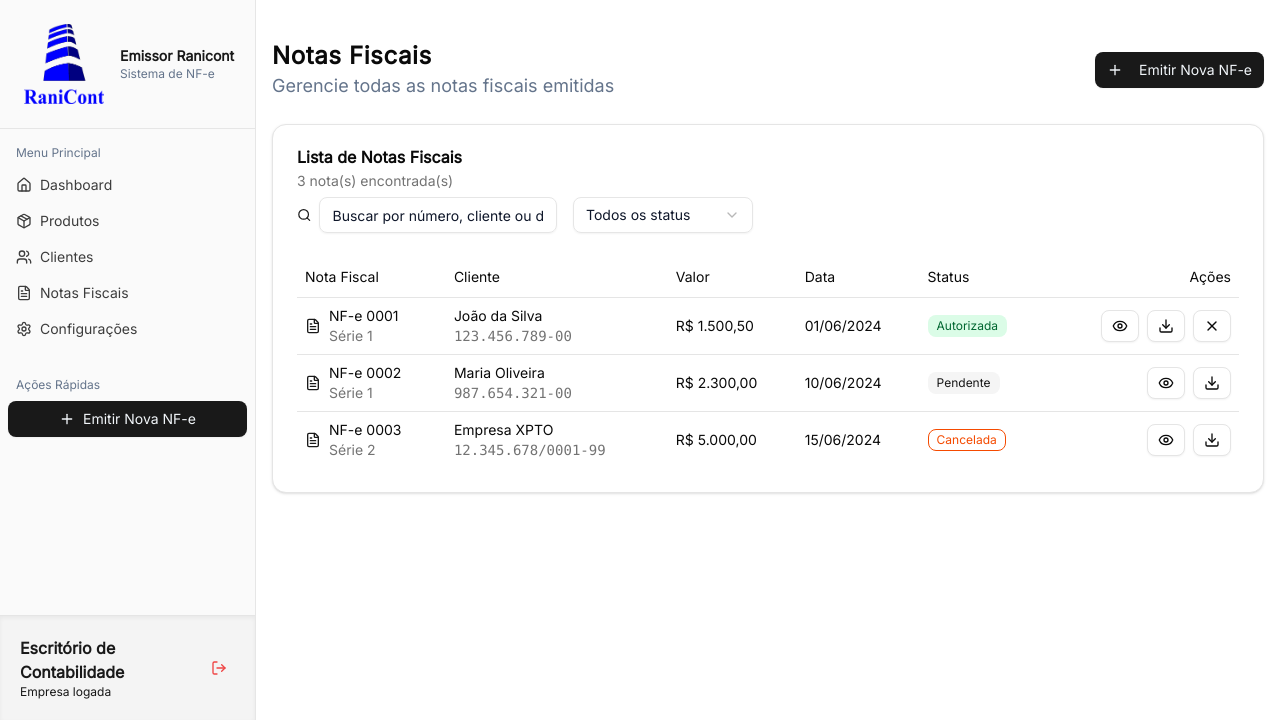
Repository: vinimx/emissor-ranicont
Page: /notas
The author's editor kept a copy of each file at every save. The page is drawn from the files as they stood at one save, then again after the next save.
The browser window is 1280 px wide. The pictures show the whole page.
The project was rebuilt for these pictures with package versions that can differ from the ones it lists, and the page was loaded fresh each time. Also part of the build but not shown: vite.config.js, src/components/ui/label.jsx, src/components/Auth/Login/index.jsx, src/components/Auth/Cadastrar/index.jsx, src/components/ui/separator.jsx, src/components/ui/skeleton.jsx, src/components/Dashboard/index.jsx, src/components/Produtos/index.jsx and 2 more.

Above is the page before, as saved 2025-06-23 22:12:04.

### index.html
<!DOCTYPE html>
<html lang="en">
  <head>
    <meta charset="UTF-8" />
    <link rel="icon" type="image/svg+xml" href="/vite.svg" />
    <meta name="viewport" content="width=device-width, initial-scale=1.0" />
    <title>Emissor Ranicont</title>
  </head>
  <body>
    <div id="root"></div>
    <script type="module" src="/src/main.jsx"></script>
  </body>
</html>

### src/main.jsx
import "./index.css";
import React from "react";
import ReactDOM from "react-dom/client";
import { BrowserRouter } from "react-router-dom";
import App from "./App";

ReactDOM.createRoot(document.getElementById("root")).render(
  <React.StrictMode>
    <BrowserRouter>
      <App />
    </BrowserRouter>
  </React.StrictMode>
);

### src/App.jsx
import { Routes, Route } from "react-router-dom";
import Login from "./components/Auth/Login";
import Cadastrar from "./components/Auth/Cadastrar";
import Dashboard from "./components/Dashboard";
import Produtos from "./components/Produtos";
import Clientes from "./components/Clientes";
import NotaFiscal from "./components/NotaFiscal";
import NovaNotaFiscal from "./components/NotaFiscal/NovaNotaFiscal";

function App() {
  return (
    <Routes>
      <Route path="/" element={<Dashboard />} />
      <Route path="/login" element={<Login />} />
      <Route path="/cadastrar" element={<Cadastrar />} />
      <Route path="/dashboard" element={<Dashboard />} />
      <Route path="/produtos" element={<Produtos />} />
      <Route path="/clientes" element={<Clientes />} />
      <Route path="/notas" element={<NotaFiscal />} />
      <Route path="/nova" element={<NovaNotaFiscal />} />
    </Routes>
  );
}

export default App;

### src/components/NotaFiscal/index.jsx
import { Plus, Search, FileText, Eye, Download, X } from "lucide-react";
import HeaderPagina from "../HeaderPagina";
import LayoutComSidebar from "../MobileSideBar";
import { SidebarProvider } from "../ui/sidebar";
import { Sheet, SheetTrigger } from "../ui/sheet";
import { Button } from "../ui/button";
import { useState } from "react";
import {
  Card,
  CardDescription,
  CardHeader,
  CardTitle,
  CardContent,
} from "../ui/card";
import { Input } from "../ui/input";
import {
  Table,
  TableHeader,
  TableBody,
  TableRow,
  TableHead,
  TableCell,
} from "../ui/table";
import {
  Select,
  SelectTrigger,
  SelectValue,
  SelectContent,
  SelectItem,
} from "../ui/select";
import { Badge } from "../ui/badge";
import { Link } from "react-router-dom";

const notas = [
  {
    id: 1,
    numero: "0001",
    cliente: "João da Silva",
    documento: "123.456.789-00",
    valor: 1500.5,
    data: "2024-06-01",
    status: "Autorizada",
    serie: "1",
  },
  {
    id: 2,
    numero: "0002",
    cliente: "Maria Oliveira",
    documento: "987.654.321-00",
    valor: 2300.0,
    data: "2024-06-10",
    status: "Pendente",
    serie: "1",
  },
  {
    id: 3,
    numero: "0003",
    cliente: "Empresa XPTO",
    documento: "12.345.678/0001-99",
    valor: 5000.0,
    data: "2024-06-15",
    status: "Cancelada",
    serie: "2",
  },
];

export default function NotaFiscal() {
  const [abrirSheet, setAbrirSheet] = useState(false);
  const [busca, setBusca] = useState("");
  const [filtroStatus, setFiltroStatus] = useState("all");

  const notasFiltradas = notas.filter((nota) => {
    const correspondeBusca =
      nota.numero.includes(busca) ||
      nota.cliente.toLowerCase().includes(busca.toLowerCase()) ||
      nota.documento.includes(busca);

    const correspondeStatus =
      filtroStatus === "all" || nota.status === filtroStatus;

    return correspondeBusca && correspondeStatus;
  });

  const getBadgeStatus = (status) => {
    switch (status) {
      case "Autorizada":
        return (
          <Badge className="bg-green-100 text-green-800 hover:bg-green-100">
            Autorizada
          </Badge>
        );
      case "Pendente":
        return <Badge variant="secondary">Pendente</Badge>;
      case "Cancelada":
        return (
          <Badge
            variant="outline"
            className="text-orange-600 border-orange-600"
          >
            Cancelada
          </Badge>
        );
      case "Rejeitada":
        return <Badge variant="destructive">Rejeitada</Badge>;
      default:
        return <Badge variant="secondary">{status}</Badge>;
    }
  };

  return (
    <SidebarProvider>
      <LayoutComSidebar>
        <div className="mt-20 md:mt-10 m-4 space-y-6">
          <HeaderPagina
            titulo="Notas Fiscais"
            subtitulo="Gerencie todas as notas fiscais emitidas"
            acao={
              <Sheet open={abrirSheet} onOpenChange={setAbrirSheet}>
                <Button
                  asChild
                  className="bg-[var(--sidebar-primaria)] text-[var(--primaria-texto)] font-medium transition-colors hover:bg-[var(--primaria-hover)] rounded-[var(--raio)]"
                >
                  <Link to="/nova">
                    <Plus className="h-4 w-4 mr-2" />
                    Emitir Nova NF-e
                  </Link>
                </Button>
              </Sheet>
            }
          />
          <Card>
            <CardHeader>
              <CardTitle>Lista de Notas Fiscais</CardTitle>
              <CardDescription>
                {notasFiltradas.length} nota(s) encontrada(s)
              </CardDescription>
              <div className="flex items-center space-x-4">
                <div className="flex items-center space-x-2">
                  <Search className="h-4 w-4 text-[var(--sidebar-primaria)]" />
                  <Input
                    placeholder="Buscar por número, cliente ou documento..."
                    value={busca}
                    onChange={(e) => setBusca(e.target.value)}
                    className="max-w-sm bg-[var(--input-bg)] text-[var(--texto)] border-[var(--sidebar-borda)] placeholder:text-[var(--texto)]"
                  />
                </div>
                <Select value={filtroStatus} onValueChange={setFiltroStatus}>
                  <SelectTrigger className="w-[180px] bg-[var(--input-bg)] text-[var(--texto)] border-[var(--sidebar-borda)]">
                    <SelectValue placeholder="Filtrar por status" />
                  </SelectTrigger>
                  <SelectContent>
                    <SelectItem value="all">Todos os status</SelectItem>
                    <SelectItem value="Autorizada">Autorizada</SelectItem>
                    <SelectItem value="Pendente">Pendente</SelectItem>
                    <SelectItem value="Cancelada">Cancelada</SelectItem>
                    <SelectItem value="Rejeitada">Rejeitada</SelectItem>
                  </SelectContent>
                </Select>
              </div>
            </CardHeader>
            <CardContent>
              {/* Tabela para telas médias e grandes */}
              <div className="hidden md:block">
                <Table>
                  <TableHeader>
                    <TableRow>
                      <TableHead>Nota Fiscal</TableHead>
                      <TableHead>Cliente</TableHead>
                      <TableHead>Valor</TableHead>
                      <TableHead>Data</TableHead>
                      <TableHead>Status</TableHead>
                      <TableHead className="text-right">Ações</TableHead>
                    </TableRow>
                  </TableHeader>
                  <TableBody>
                    {notasFiltradas.map((nota) => (
                      <TableRow key={nota.id}>
                        <TableCell>
                          <div className="flex items-center space-x-2">
                            <FileText className="h-4 w-4 text-[var(--sidebar-primaria)]" />
                            <div>
                              <div className="font-medium">
                                NF-e {nota.numero}
                              </div>
                              <div className="text-sm text-muted-foreground">
                                Série {nota.serie}
                              </div>
                            </div>
                          </div>
                        </TableCell>
                        <TableCell>
                          <div>
                            <div className="font-medium">{nota.cliente}</div>
                            <div className="text-sm text-muted-foreground font-mono">
                              {nota.documento}
                            </div>
                          </div>
                        </TableCell>
                        <TableCell>
                          <div className="font-medium">
                            R${" "}
                            {nota.valor.toLocaleString("pt-BR", {
                              minimumFractionDigits: 2,
                            })}
                          </div>
                        </TableCell>
                        <TableCell>
                          <div className="text-sm">
                            {new Date(nota.data).toLocaleDateString("pt-BR")}
                          </div>
                        </TableCell>
                        <TableCell>{getBadgeStatus(nota.status)}</TableCell>
                        <TableCell className="text-right">
                          <div className="flex justify-end space-x-2">
                            <Button variant="outline" size="sm">
                              <Eye className="h-4 w-4" />
                            </Button>
                            <Button variant="outline" size="sm">
                              <Download className="h-4 w-4" />
                            </Button>
                            {nota.status === "Autorizada" && (
                              <Button variant="outline" size="sm">
                                <X className="h-4 w-4" />
                              </Button>
                            )}
                          </div>
                        </TableCell>
                      </TableRow>
                    ))}
                  </TableBody>
                </Table>
              </div>
              {/* Cards para telas pequenas */}
              <div className="flex flex-col gap-4 md:hidden">
                {notasFiltradas.map((nota) => (
                  <div
                    key={nota.id}
                    className="border rounded-lg p-3 bg-white shadow"
                  >
                    <div className="flex items-center space-x-2 mb-2">
                      <FileText className="h-4 w-4 text-[var(--sidebar-primaria)]" />
                      <div className="font-bold">NF-e {nota.numero}</div>
                    </div>
                    <div className="text-xs text-muted-foreground mb-2">
                      Série {nota.serie}
                    </div>
                    <div className="flex flex-wrap gap-2 text-sm">
                      <span>
                        <b>Cliente:</b> {nota.cliente}
                      </span>
                      <span>
                        <b>Documento:</b> {nota.documento}
                      </span>
                      <span>
                        <b>Valor:</b> R${" "}
                        {nota.valor.toLocaleString("pt-BR", {
                          minimumFractionDigits: 2,
                        })}
                      </span>
                      <span>
                        <b>Data:</b>{" "}
                        {new Date(nota.data).toLocaleDateString("pt-BR")}
                      </span>
                      <span>
                        <b>Status:</b> {nota.status}
                      </span>
                    </div>
                    <div className="flex gap-2 mt-2">
                      <Button variant="outline" size="sm">
                        <Eye className="h-4 w-4" />
                      </Button>
                      <Button variant="outline" size="sm">
                        <Download className="h-4 w-4" />
                      </Button>
                      {nota.status === "Autorizada" && (
                        <Button variant="outline" size="sm">
                          <X className="h-4 w-4" />
                        </Button>
                      )}
                    </div>
                  </div>
                ))}
              </div>
            </CardContent>
          </Card>
        </div>
      </LayoutComSidebar>
    </SidebarProvider>
  );
}

### src/components/ui/input.jsx
import * as React from "react"

import { cn } from "@/lib/utils"

function Input({
  className,
  type,
  ...props
}) {
  return (
    <input
      type={type}
      data-slot="input"
      className={cn(
        "file:text-foreground placeholder:text-muted-foreground selection:bg-primary selection:text-primary-foreground dark:bg-input/30 border-input flex h-9 w-full min-w-0 rounded-md border bg-transparent px-3 py-1 text-base shadow-xs transition-[color,box-shadow] outline-none file:inline-flex file:h-7 file:border-0 file:bg-transparent file:text-sm file:font-medium disabled:pointer-events-none disabled:cursor-not-allowed disabled:opacity-50 md:text-sm",
        "focus-visible:border-ring focus-visible:ring-ring/50 focus-visible:ring-[3px]",
        "aria-invalid:ring-destructive/20 dark:aria-invalid:ring-destructive/40 aria-invalid:border-destructive",
        className
      )}
      {...props} />
  );
}

export { Input }

### src/components/Logo/index.jsx
import React from "react";
import logoEmissor from "/assets/images/logo.png";

const Logo = () => {
  return (
    <a href="#">
      <img src={logoEmissor} alt="Logo Emissor" className="h-20 w-20" />
    </a>
  );
};

export default Logo;

### src/components/MobileSideBar/index.jsx
import { SidebarProvider } from "@/components/ui/sidebar";
import MenuSideBar from "../SideBar";
import { useSidebar } from "@/components/ui/sidebar";
import { useEffect } from "react";
import { Menu } from "lucide-react";

export default function LayoutComSidebar({ children }) {
  const { isMobile, openMobile, setOpenMobile } = useSidebar();

  useEffect(() => {
    if (!isMobile && openMobile) setOpenMobile(false);
  }, [isMobile, openMobile, setOpenMobile]);

  const handleHamburgerClick = (e) => {
    e.stopPropagation();
    setOpenMobile(!openMobile);
  };

  return (
    <>
      {/* Botão menu-hamburger fora do Sheet quando fechado */}
      {isMobile && !openMobile && (
        <button
          className="md:hidden fixed top-4 left-4 z-[999] bg-[var(--primaria)] text-white p-2 shadow-lg border-2 rounded-[var(--raio)] border-[var(--sidebar-borda)]"
          onClick={handleHamburgerClick}
          aria-label="Abrir menu"
          type="button"
        >
          <Menu className="h-6 w-6" style={{ color: "var(--destaque)" }} />
        </button>
      )}
      <div className="flex">
        <MenuSideBar />
        <div className="flex-1">{children}</div>
      </div>
    </>
  );
}

### src/components/HeaderPagina/index.jsx
import React from "react";

export default function HeaderPagina({ titulo, subtitulo, acao, children }) {
  return (
    <div className="flex items-center justify-between">
      <div>
        <h2 className="text-2xl font-bold tracking-wide">{titulo}</h2>
        {subtitulo && (
          <p className="text-lg" style={{ color: "var(--suave-texto)" }}>
            {subtitulo}
          </p>
        )}
        {children}
      </div>
      {acao && <div>{acao}</div>}
    </div>
  );
}

### src/components/ui/badge.jsx
import * as React from "react"
import { Slot } from "@radix-ui/react-slot"
import { cva } from "class-variance-authority";

import { cn } from "@/lib/utils"

const badgeVariants = cva(
  "inline-flex items-center justify-center rounded-md border px-2 py-0.5 text-xs font-medium w-fit whitespace-nowrap shrink-0 [&>svg]:size-3 gap-1 [&>svg]:pointer-events-none focus-visible:border-ring focus-visible:ring-ring/50 focus-visible:ring-[3px] aria-invalid:ring-destructive/20 dark:aria-invalid:ring-destructive/40 aria-invalid:border-destructive transition-[color,box-shadow] overflow-hidden",
  {
    variants: {
      variant: {
        default:
          "border-transparent bg-primary text-primary-foreground [a&]:hover:bg-primary/90",
        secondary:
          "border-transparent bg-secondary text-secondary-foreground [a&]:hover:bg-secondary/90",
        destructive:
          "border-transparent bg-destructive text-white [a&]:hover:bg-destructive/90 focus-visible:ring-destructive/20 dark:focus-visible:ring-destructive/40 dark:bg-destructive/60",
        outline:
          "text-foreground [a&]:hover:bg-accent [a&]:hover:text-accent-foreground",
      },
    },
    defaultVariants: {
      variant: "default",
    },
  }
)

function Badge({
  className,
  variant,
  asChild = false,
  ...props
}) {
  const Comp = asChild ? Slot : "span"

  return (
    <Comp
      data-slot="badge"
      className={cn(badgeVariants({ variant }), className)}
      {...props} />
  );
}

export { Badge, badgeVariants }

Loaded but not shown: src/lib/utils.js (common file); src/hooks/use-mobile.js (common file); src/components/ui/sidebar.jsx (681 lines, source omitted); src/index.css (181 lines, source omitted); src/components/ui/select.jsx (164 lines, source omitted); src/components/SideBar/index.jsx (158 lines, source omitted); src/components/ui/sheet.jsx (138 lines, source omitted); src/components/ui/table.jsx (121 lines, source omitted); src/components/ui/button.jsx (55 lines, source omitted); src/components/ui/card.jsx (101 lines, source omitted); src/components/ui/tooltip.jsx (55 lines, source omitted)

After the next save:
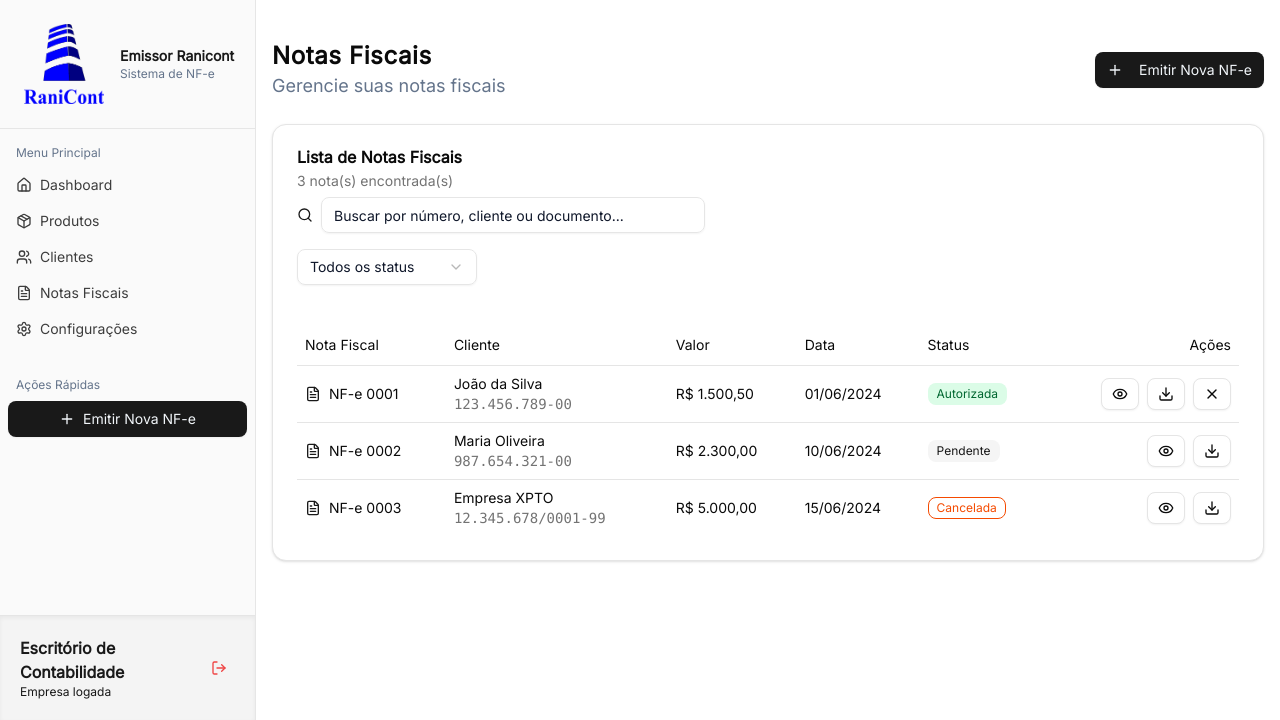
Saved 21 s later.
--- a/src/components/NotaFiscal/index.jsx
+++ b/src/components/NotaFiscal/index.jsx
@@ -110,10 +110,10 @@ export default function NotaFiscal() {
   return (
     <SidebarProvider>
       <LayoutComSidebar>
-        <div className="mt-20 md:mt-10 m-4 space-y-6">
+        <div className="mt-20 md:mt-10 m-2 sm:m-4 space-y-4 sm:space-y-6">
           <HeaderPagina
             titulo="Notas Fiscais"
-            subtitulo="Gerencie todas as notas fiscais emitidas"
+            subtitulo="Gerencie suas notas fiscais"
             acao={
               <Sheet open={abrirSheet} onOpenChange={setAbrirSheet}>
                 <Button
@@ -128,14 +128,14 @@ export default function NotaFiscal() {
               </Sheet>
             }
           />
-          <Card>
-            <CardHeader>
+          <Card className="overflow-hidden">
+            <CardHeader className="pb-4">
               <CardTitle>Lista de Notas Fiscais</CardTitle>
               <CardDescription>
                 {notasFiltradas.length} nota(s) encontrada(s)
               </CardDescription>
-              <div className="flex items-center space-x-4">
-                <div className="flex items-center space-x-2">
+              <div className="flex flex-col space-y-4">
+                <div className="flex flex-col sm:flex-row sm:items-center space-y-2 sm:space-y-0 sm:space-x-2">
                   <Search className="h-4 w-4 text-[var(--sidebar-primaria)]" />
                   <Input
                     placeholder="Buscar por número, cliente ou documento..."
@@ -145,7 +145,7 @@ export default function NotaFiscal() {
                   />
                 </div>
                 <Select value={filtroStatus} onValueChange={setFiltroStatus}>
-                  <SelectTrigger className="w-[180px] bg-[var(--input-bg)] text-[var(--texto)] border-[var(--sidebar-borda)]">
+                  <SelectTrigger className="w-full sm:w-[180px] bg-[var(--input-bg)] text-[var(--texto)] border-[var(--sidebar-borda)]">
                     <SelectValue placeholder="Filtrar por status" />
                   </SelectTrigger>
                   <SelectContent>
@@ -159,8 +159,8 @@ export default function NotaFiscal() {
               </div>
             </CardHeader>
             <CardContent>
-              {/* Tabela para telas médias e grandes */}
-              <div className="hidden md:block">
+              {/* Tabela para telas grandes (lg e acima) */}
+              <div className="hidden lg:block overflow-x-auto">
                 <Table>
                   <TableHeader>
                     <TableRow>
@@ -182,9 +182,6 @@ export default function NotaFiscal() {
                               <div className="font-medium">
                                 NF-e {nota.numero}
                               </div>
-                              <div className="text-sm text-muted-foreground">
-                                Série {nota.serie}
-                              </div>
                             </div>
                           </div>
                         </TableCell>
@@ -230,6 +227,89 @@ export default function NotaFiscal() {
                   </TableBody>
                 </Table>
               </div>
+
+              {/* Tabela compacta para tablets (md) */}
+              <div className="hidden md:block lg:hidden overflow-x-auto">
+                <Table>
+                  <TableHeader>
+                    <TableRow>
+                      <TableHead>Nota Fiscal</TableHead>
+                      <TableHead>Cliente</TableHead>
+                      <TableHead>Valor</TableHead>
+                      <TableHead className="text-right">Ações</TableHead>
+                    </TableRow>
+                  </TableHeader>
+                  <TableBody>
+                    {notasFiltradas.map((nota) => (
+                      <TableRow key={nota.id}>
+                        <TableCell>
+                          <div className="flex items-center space-x-2">
+                            <FileText className="h-4 w-4 text-[var(--sidebar-primaria)] flex-shrink-0" />
+                            <div className="min-w-0 flex-1">
+                              <div className="font-medium text-sm truncate">
+                                NF-e {nota.numero}
+                              </div>
+                            </div>
+                          </div>
+                        </TableCell>
+                        <TableCell>
+                          <div className="min-w-0">
+                            <div className="font-medium text-sm truncate">
+                              {nota.cliente}
+                            </div>
+                            <div className="text-xs text-muted-foreground font-mono truncate">
+                              {nota.documento}
+                            </div>
+                          </div>
+                        </TableCell>
+                        <TableCell>
+                          <div className="font-medium text-sm">
+                            R${" "}
+                            {nota.valor.toLocaleString("pt-BR", {
+                              minimumFractionDigits: 2,
+                            })}
+                          </div>
+                          <span>
+                            <b>Data:</b>{" "}
+                            {new Date(nota.data).toLocaleDateString("pt-BR")}
+                          </span>
+                          <div className="text-xs">
+                            {getBadgeStatus(nota.status)}
+                          </div>
+                        </TableCell>
+                        <TableCell className="text-right">
+                          <div className="flex justify-end space-x-1">
+                            {nota.status === "Autorizada" && (
+                              <Button
+                                variant="outline"
+                                size="sm"
+                                className="h-8 w-8 p-0"
+                              >
+                                <X className="h-3 w-3" />
+                              </Button>
+                            )}
+                          </div>
+                          <Button
+                            variant="outline"
+                            size="sm"
+                            className="h-8 w-8 p-0"
+                          >
+                            <Eye className="h-3 w-3" />
+                          </Button>
+                          <Button
+                            variant="outline"
+                            size="sm"
+                            className="h-8 w-8 p-0"
+                          >
+                            <Download className="h-3 w-3" />
+                          </Button>
+                        </TableCell>
+                      </TableRow>
+                    ))}
+                  </TableBody>
+                </Table>
+              </div>
+
               {/* Cards para telas pequenas */}
               <div className="flex flex-col gap-4 md:hidden">
                 {notasFiltradas.map((nota) => (
@@ -240,9 +320,6 @@ export default function NotaFiscal() {
                     <div className="flex items-center space-x-2 mb-2">
                       <FileText className="h-4 w-4 text-[var(--sidebar-primaria)]" />
                       <div className="font-bold">NF-e {nota.numero}</div>
-                    </div>
-                    <div className="text-xs text-muted-foreground mb-2">
-                      Série {nota.serie}
                     </div>
                     <div className="flex flex-wrap gap-2 text-sm">
                       <span>
